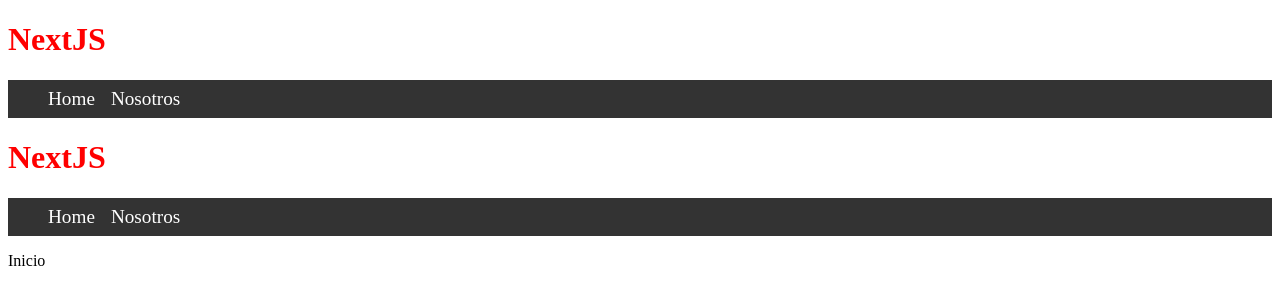
Repository: ppfeliuu/BitcointApp
Page: /
An editor plug-in stored every save of this project. The page is shown before and after the next save, followed by the edit.
The browser window is 1280 px wide. The pictures show the whole page.
The project was rebuilt for these pictures with package versions that can differ from the ones it lists, and the page was loaded fresh each time. Some packages were replaced by stand-ins written for this rebuild. The framework's server and built-in components were replaced by stand-ins that run in the browser.

Above is the page before, as saved 2019-06-28 11:13:56.

### pages/index.js
import Navegacion from '../components/Navegacion';
import MasterPage from '../components/Master';

const Index = () => (
   <MasterPage>
        <div>
            <Navegacion />
            <p>Inicio</p>
        </div>
   </MasterPage>

)

export default Index;

### components/Navegacion.js
import Link from 'next/link';

const Navegacion = () => (
    <div>
        <h1>NextJS</h1>
        <ul>
            <li>
                <Link href="/"><a>Home</a></Link>
            </li>
            <li>
                <Link href="/nosotros"><a>Nosotros</a></Link>
            </li>
        </ul>
        <style jsx>
        {
        `
            h1 {
                color: red;
            }
            ul {
                background-color: #333;
                list-style: none;
                display: flex;
            }

            ul li {
                padding: .5rem 0;
                margin-right: 1rem;
            }

            ul li a {
                font-size: 1.2rem;
                color: white;
                text-decoration: none;
            }
        `
        }
        </style>
    </div>
);

export default Navegacion;

### components/Master.js
import Head from 'next/head';
import Navegacion from '../components/Navegacion';

const MasterPage = (props) => (
    <div>
        <Head>
            <title>Bitcoin App</title>
        </Head>

        <Navegacion />
        {props.children}
    </div>
);

export default MasterPage;

After the next save:
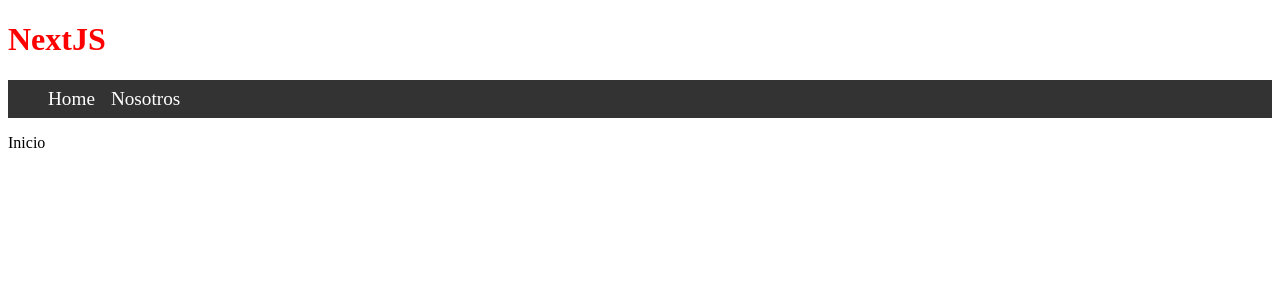
Saved 5 s later.
--- a/pages/index.js
+++ b/pages/index.js
@@ -1,14 +1,12 @@
-import Navegacion from '../components/Navegacion';
+
 import MasterPage from '../components/Master';
 
 const Index = () => (
    <MasterPage>
         <div>
-            <Navegacion />
             <p>Inicio</p>
         </div>
    </MasterPage>
-
 )
 
 export default Index;
